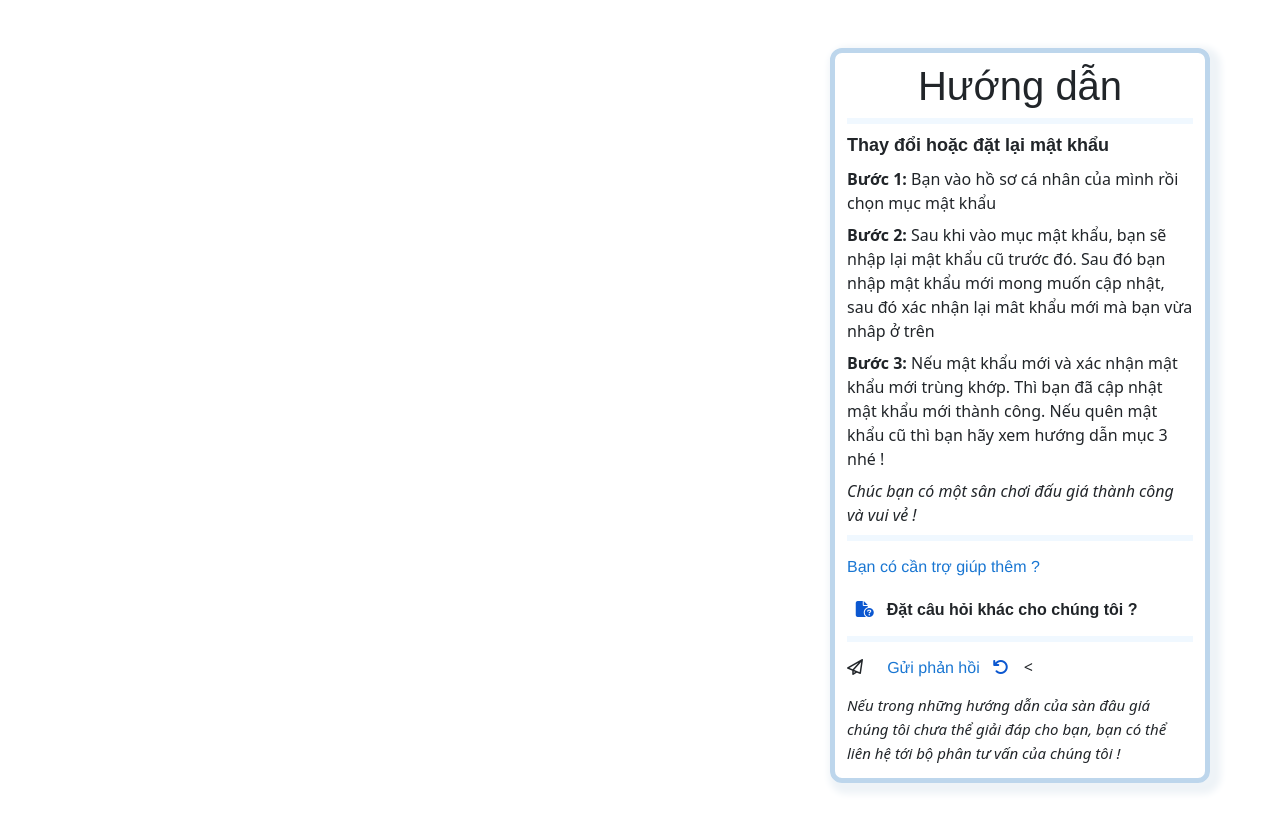
Repository: SonPhamThe/C0622G1-module5
Page: prototype--module6/guides/guide2.html
An editor plug-in stored every save of this project. The page is shown before and after the next save, followed by the edit.
The browser window is 1280 px wide. The pictures show the whole page.
Some web libraries are served in a nearby version.

Above is the page before, as saved 2022-12-07 15:36:45.

After the next save:
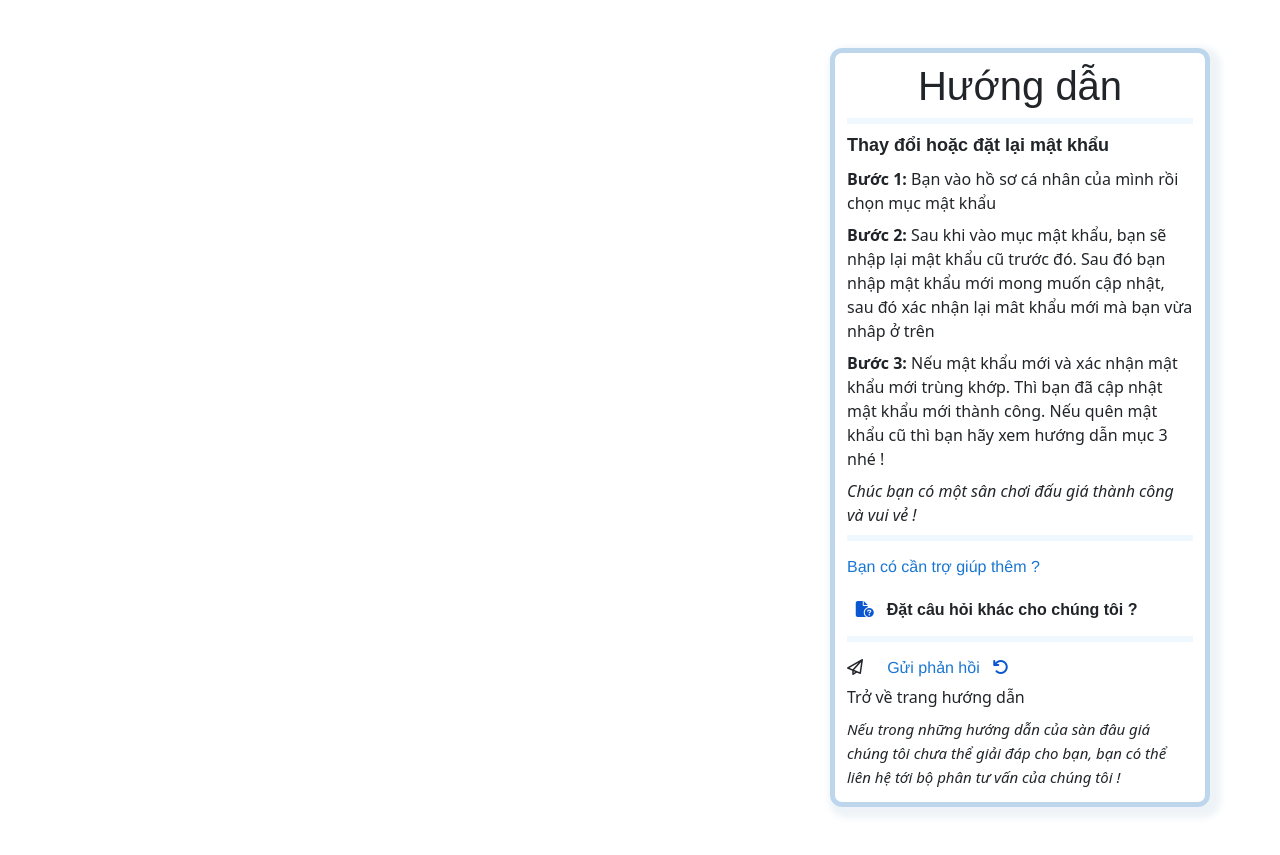
Saved 13 s later.
--- a/prototype--module6/guides/guide2.html
+++ b/prototype--module6/guides/guide2.html
@@ -119,7 +119,7 @@
                   Gửi phản hồi
                 </label>
                 <i class="fa-solid fa-arrow-rotate-left"></i>
-                <
+                <label>Trở về trang hướng dẫn</label>
               </div>
             </div>
           </form>
